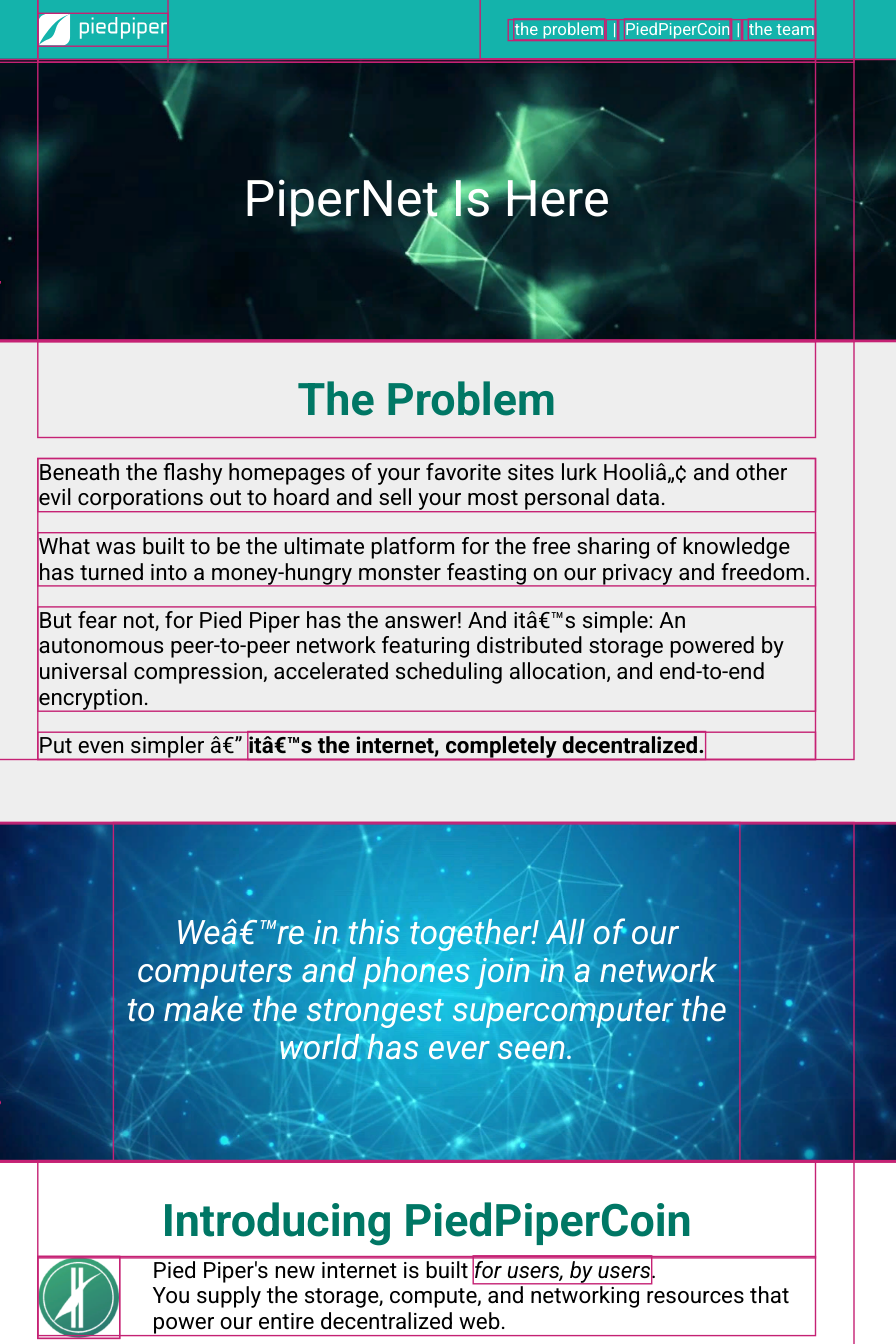
Repository: armus503/Pip_Piper
Page: Pip_Piper.html
An editor plug-in stored every save of this project. The page is shown before and after the next save, followed by the edit.
The browser window is 1280 px wide. The pictures show the part of the page from y = 0 to 1920 px (the page is 3271 px tall), at 70% of full size.

Above is the page before, as saved 2021-07-21 00:04:10.

After the next save:
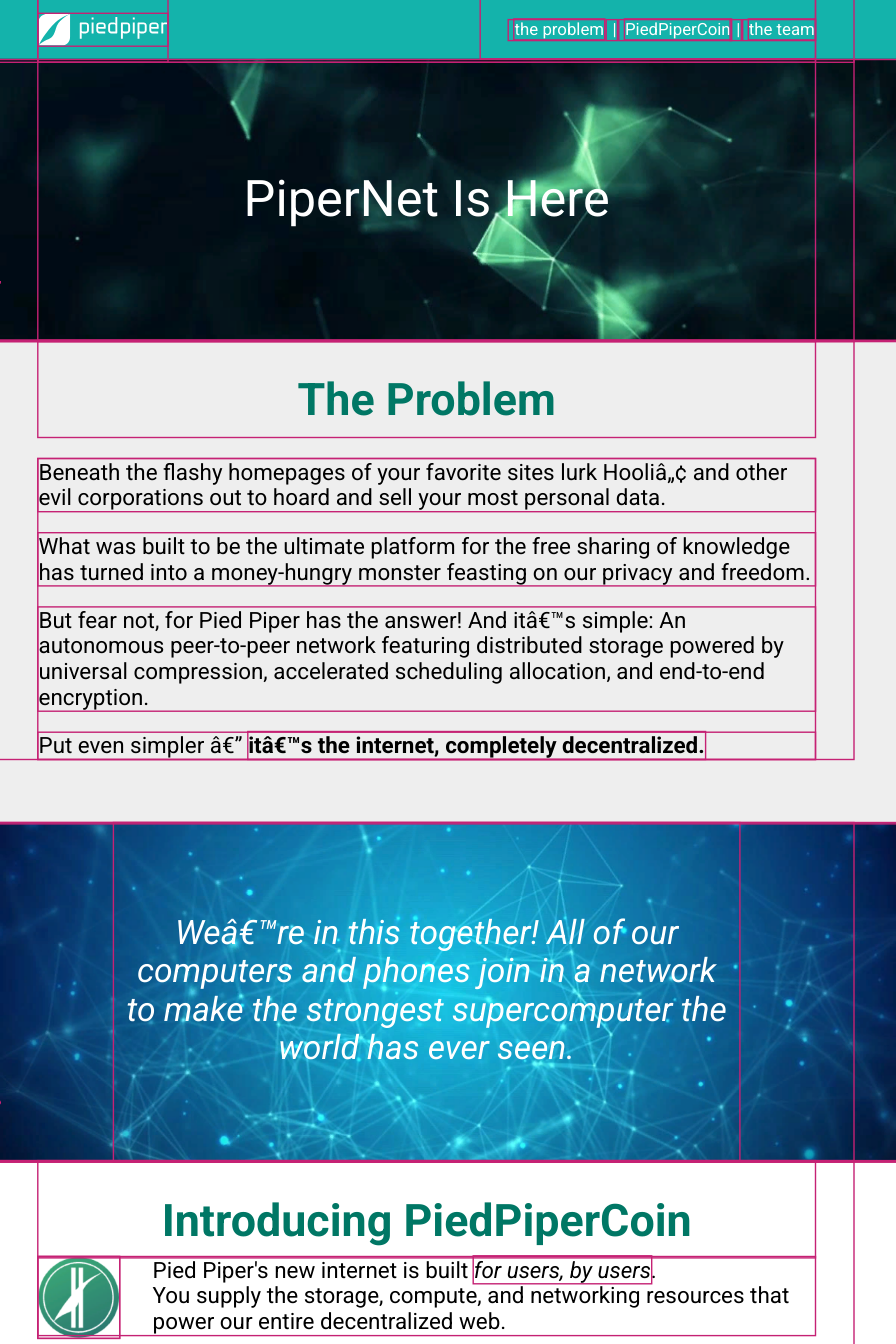
Saved 3 min 48 s later.
--- a/Pip_Piper.css
+++ b/Pip_Piper.css
@@ -90,6 +90,10 @@
 /**
    * Remove the gray background on active links in IE 10.
    */
+
+a {
+    background-color: transparent;
+}
 
 
 /**
@@ -514,7 +518,7 @@
 .jumbotron {
     background-image: url("image(1).png");
     background-size: cover;
-    background-position: center;
+    background-position: left center;
     margin: 0, auto;
     box-sizing: border-box;
     font-family: 'Roboto', sans-serif;
